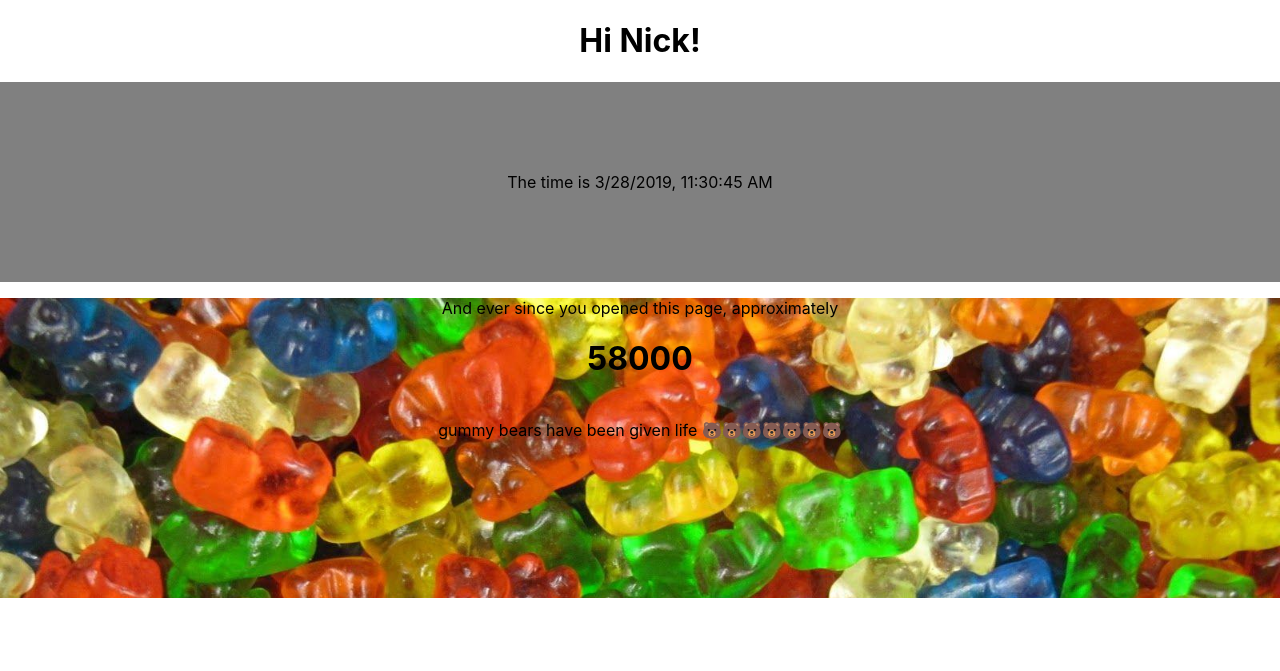
Repository: crispinonicky/gummy-facts
Page: /
These files come from the project's save history. The page is drawn as it stood at one moment and after the next save; the edit follows.
The browser window is 1280 px wide. The pictures show the whole page.
The project was rebuilt for these pictures with package versions that can differ from the ones it lists, and the page was loaded fresh each time.

Above is the page before, as saved 2019-03-28 15:34:03.

After the next save:
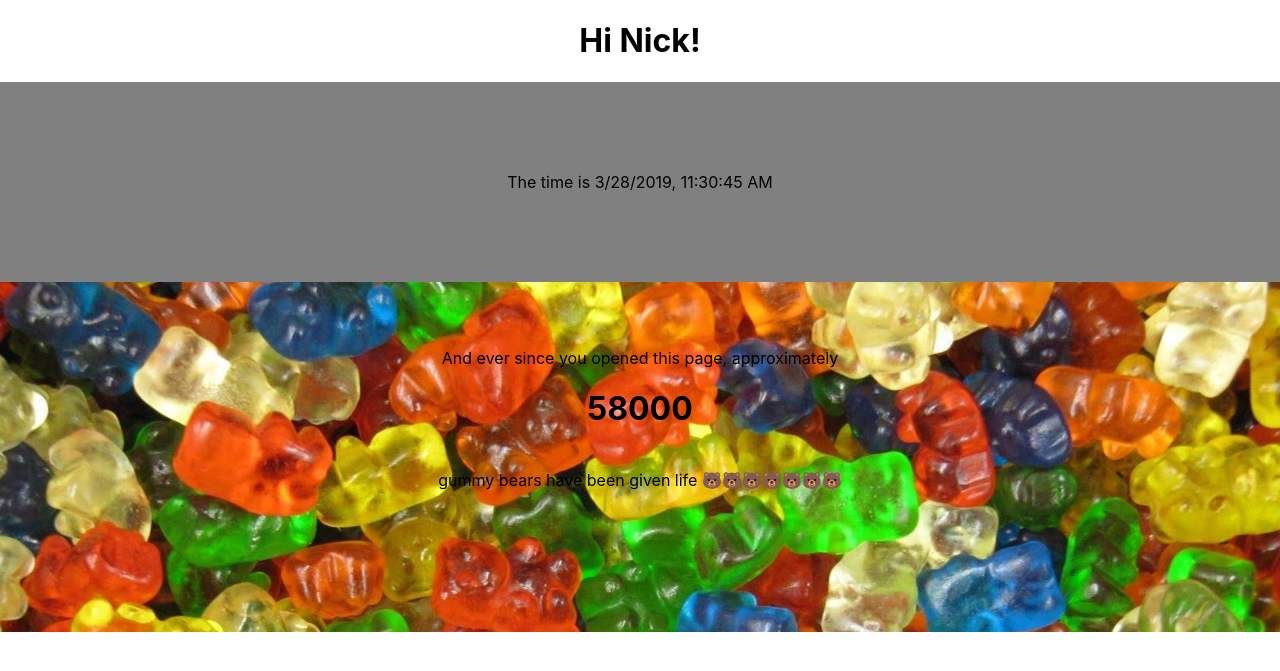
Saved 5 s later.
--- a/src/App.css
+++ b/src/App.css
@@ -18,6 +18,7 @@
   height: 300px;
   background: url('./images/gummy\ bears.jpg');
   background-size: cover;
+  padding-top: 50px;
 
 }
 
